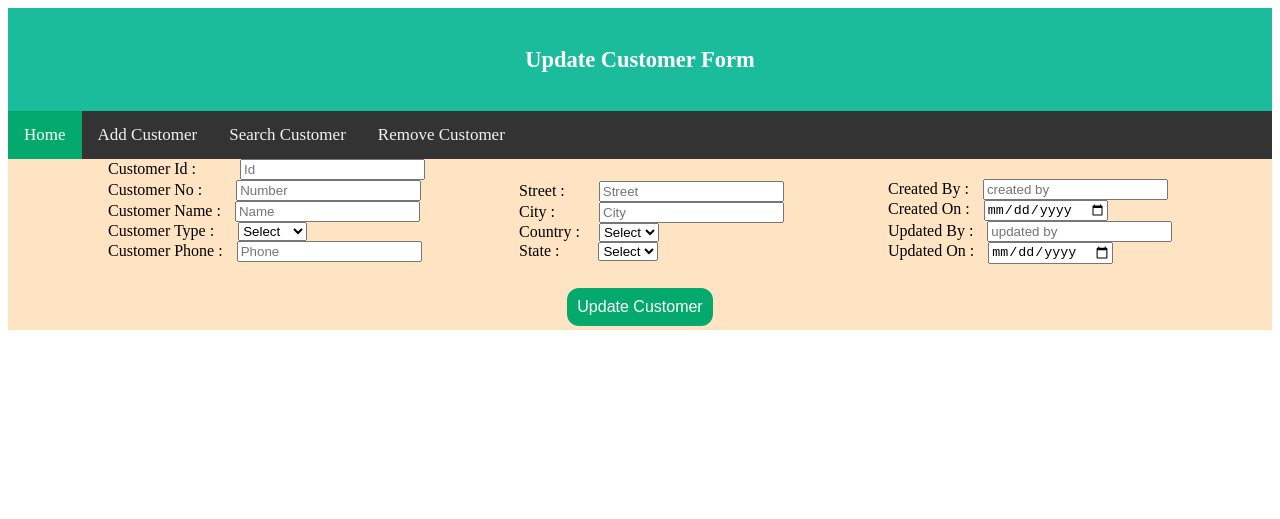
Repository: ParamMalik/Project-1
Page: http://localhost/projectcustomer/updatecustomer.jsp
The author's editor kept a copy of each file at every save. The page is drawn from the files as they stood at one save, then again after the next save.
The browser window is 1280 px wide. The pictures show the whole page.
The page is served by Tomcat 9. Other server files are loaded and not shown. The template is opened directly, without the code that normally fills it, so the values that code supplies are empty.

Above is the page before, as saved 2021-12-06 13:22:10.

### Trantor Project 1/projectcustomer/src/main/webapp/updatecustomer.jsp
<%@ page language="java" contentType="text/html; charset=ISO-8859-1"
	pageEncoding="ISO-8859-1"%>
<%@ taglib uri="http://java.sun.com/jsp/jstl/core" prefix="c"%>
<%@ page isELIgnored="false"%>
<!DOCTYPE html>
<html>
<head>
<meta charset="ISO-8859-1">
<link rel="stylesheet" href="index.css">
<title>Update Customer</title>
</head>
<body>

	<div class="header">
		<h2>Update Customer Form</h2>

	</div>
	<div class="topnav">
		<a class="active" href="welcome">Home</a> <a href="add">Add
			Customer</a> <a href="search">Search Customer</a> <a href="remove">Remove
			Customer</a>



	</div>
	<div class="bodydiv">
		<form action="update" method="post">


			<div class="leftbox">
				<div>
					<label id="labelmargin" style="margin-right: 40px;">Customer
						Id : </label><input id="inputdefault" type="text" name="customerId"
						placeholder="Id" required="required">
				</div>
				<div>
					<label id="labelmargin" style="margin-right: 30px;">Customer
						No : </label><input id="inputdefault" type="text" name="customerNo"
						placeholder="Number">
				</div>
				<div>
					<label id="labelmargin">Customer Name : </label><input
						id="inputdefault" type="text" name="customerName"
						placeholder="Name">
				</div>
				<div>
					<label id="labelmargin" style="margin-right: 20px;">Customer
						Type : </label> <select name="customerType" id="inputdefault"
						placeholder="Type">
						<option value="none">Select</option>
						<option value="new">New</option>
						<option value="regular">Regular</option>

					</select>
				</div>
				<div>
					<label id="labelmargin">Customer Phone : </label><input
						id="inputdefault" type="text" name="customerPhone"
						placeholder="Phone">
				</div>
			</div>
			<div class="centerbox">
				<div>
					<label id="centermargin">Street : </label><input id="inputdefault"
						type="text" name="street" placeholder="Street">
				</div>
				<div>
					<label id="centermargin" style="margin-right: 40px;">City :
					</label><input id="inputdefault" type="text" name="city" placeholder="City">
				</div>

				<div>

					<label id="centermargin" style="margin-right: 15px;">Country
						: </label> <select id="inputdefault" name="country" id="country"
						class="form-control">
						<option>Select</option>
						<c:forEach var="listValue" items="${countryList}">

							<option>${listValue.countryName}</option>
							<br>
						</c:forEach>


					</select>

				</div>
				<div>
					<label id="centermargin" style="margin-right: 35px;">State
						: </label><select id="inputdefault" name="state" id="state">
						<option>Select</option>
						<c:forEach var="listValue" items="${stateList}">

							<option>${listValue.stateName}</option>
							<br>
						</c:forEach>
					</select>
				</div>

			</div>
			<div class="rightbox">
				<div>
					<label id="labelmargin">Created By : </label><input
						id="inputdefault" type="text" name="createdBy"
						placeholder="created by">
				</div>
				<div>
					<label id="labelmargin">Created On : </label><input
						id="inputdefault" type="date" name="createdOn">
				</div>
				<div>
					<label id="labelmargin">Updated By : </label><input
						id="inputdefault" type="text" name="updatedBy"
						placeholder="updated by">
				</div>
				<div>
					<label id="labelmargin">Updated On : </label><input
						id="inputdefault" type="date" name="updatedOn">
				</div>


			</div>
			<div id="button">
				<button class="button button1" type="submit">Update
					Customer</button>
			</div>




		</form>


	</div>

</body>
</html>

### Trantor Project 1/projectcustomer/src/main/webapp/index.css
@charset "ISO-8859-1";

.rightbox,.leftbox,.centerbox {

    display: inline-block;
    flex-wrap: wrap;

    justify-content: center;



}
.leftbox{
    margin: auto;
}
#labelmargin{
    margin-left: 100px;
    margin-right: 10px ;
}

#centermargin{
    margin-left: 90px;
    margin-right: 30px;

}



#country {
   margin-left: 5;
    margin-top: 15px;
    margin-bottom: 15px;
    text-align: center;
  }

 #state {
   margin-left: 5;
    margin-top: 15px;
    margin-bottom: 15px;
    text-align: center;
  }

#button{
    margin-top: 20px;
    margin-bottom: auto;
    text-align: center;
}

.button {
    background-color: #04AA6D; /* Green */
    border: none;
    color: white;
    padding: 10px;
    text-align: center;
    text-decoration: none;
    display: inline-block;
    font-size: 16px;
    margin: 4px 2px;
    cursor: pointer;
  }

  .button1 {border-radius: 12px;}

.header {
    padding: 20px;
    text-align: center;
    background: #1abc9c;
    color: white;
    font-size: 15px;
  }

.bodydiv{
    background-color: bisque;
}

#button{
    justify-content: center;

}




.topnav {

    background-color: #333;
    overflow: hidden;
  }

  /* Style the links inside the navigation bar */
  .topnav a {

    float: left;
    color: #f2f2f2;
    text-align: center;
    padding: 14px 16px;
    text-decoration: none;
    font-size: 17px;
  }

  /* Change the color of links on hover */
  .topnav a:hover {
    background-color: #ddd;
    color: black;
  }

  /* Add a color to the active/current link */
  .topnav a.active {
    background-color: #04AA6D;
    color: white;
  }

After the next save:
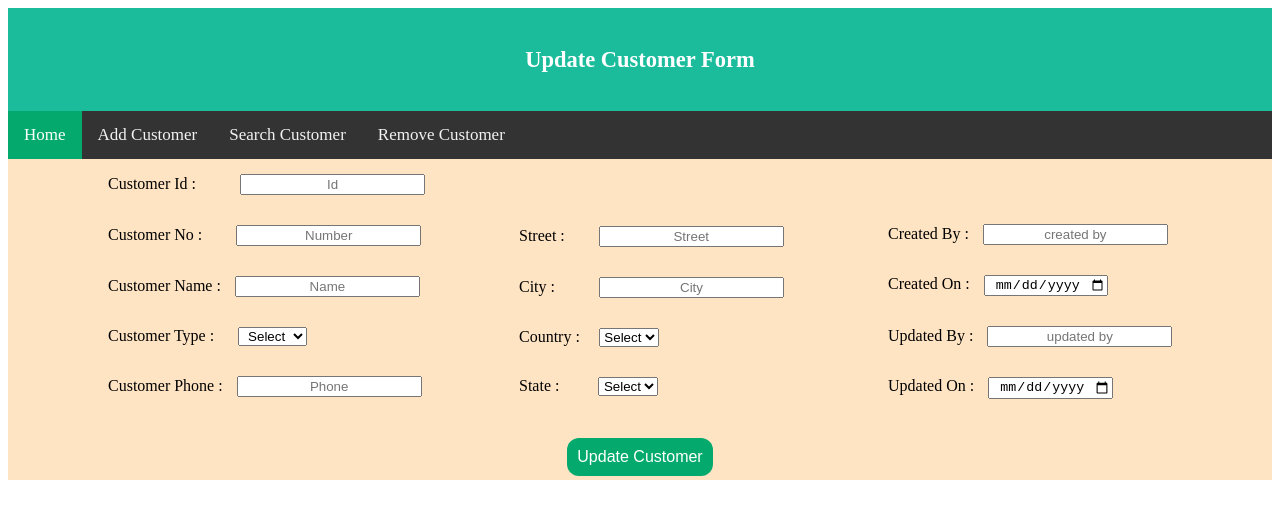
Saved 61 s later.
--- a/Trantor Project 1/projectcustomer/src/main/webapp/index.css
+++ b/Trantor Project 1/projectcustomer/src/main/webapp/index.css
@@ -24,7 +24,12 @@
 
 }
 
-
+#inputdefault {
+   margin-left: 5;
+    margin-top: 15px;
+    margin-bottom: 15px;
+    text-align: center;
+  }
 
 #country {
    margin-left: 5;
